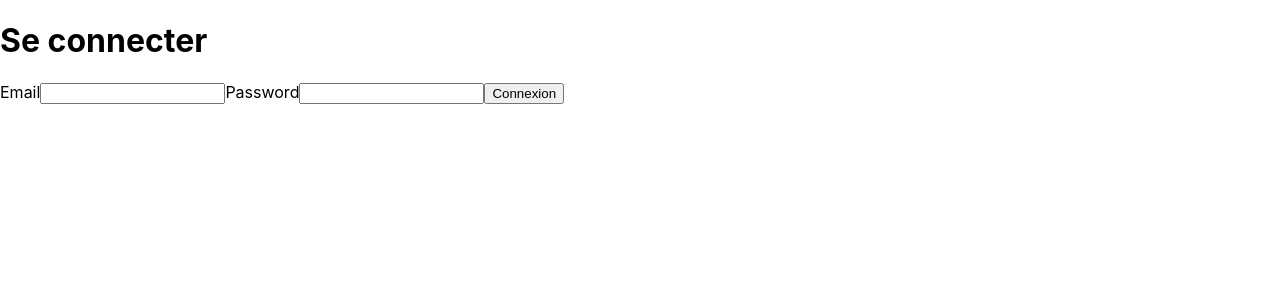
Repository: noeminihoul/testunitaire
Page: /
These files come from the project's save history. The page is drawn as it stood at one moment and after the next save; the edit follows.
The browser window is 1280 px wide. The pictures show the whole page.
The project was rebuilt for these pictures with package versions that can differ from the ones it lists, and the page was loaded fresh each time. Also part of the build but not shown: src/App.css.

Above is the page before, as saved 2023-05-31 19:01:14.

After the next save:
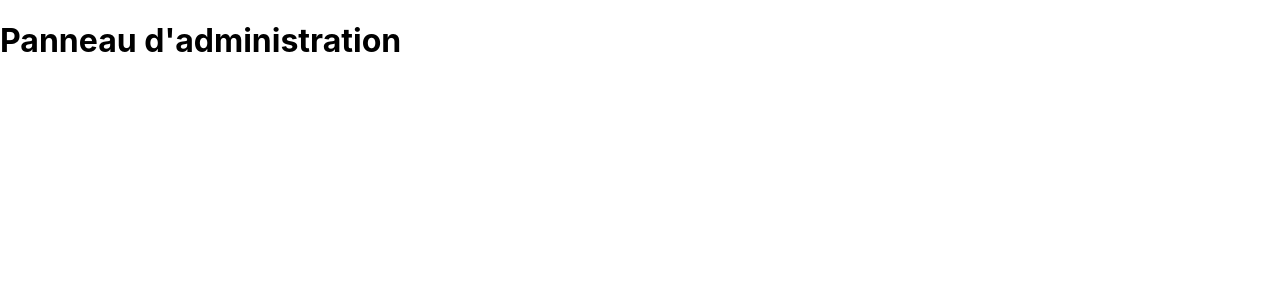
Saved 88 s later.
--- a/src/App.js
+++ b/src/App.js
@@ -4,14 +4,7 @@ import './App.css';
 function App() {
   return (
     <div>
-      <h1>Se connecter</h1>
-      <form>
-        <label htmlFor="email">Email</label>
-        <input type="email" id="email" name="email" />
-        <label htmlFor="password">Password</label>
-        <input type="password" id="password" name="password" />
-        <button type="submit">Connexion</button>
-      </form>
+      <h1>Panneau d'administration</h1>
     </div>
   );
 }
